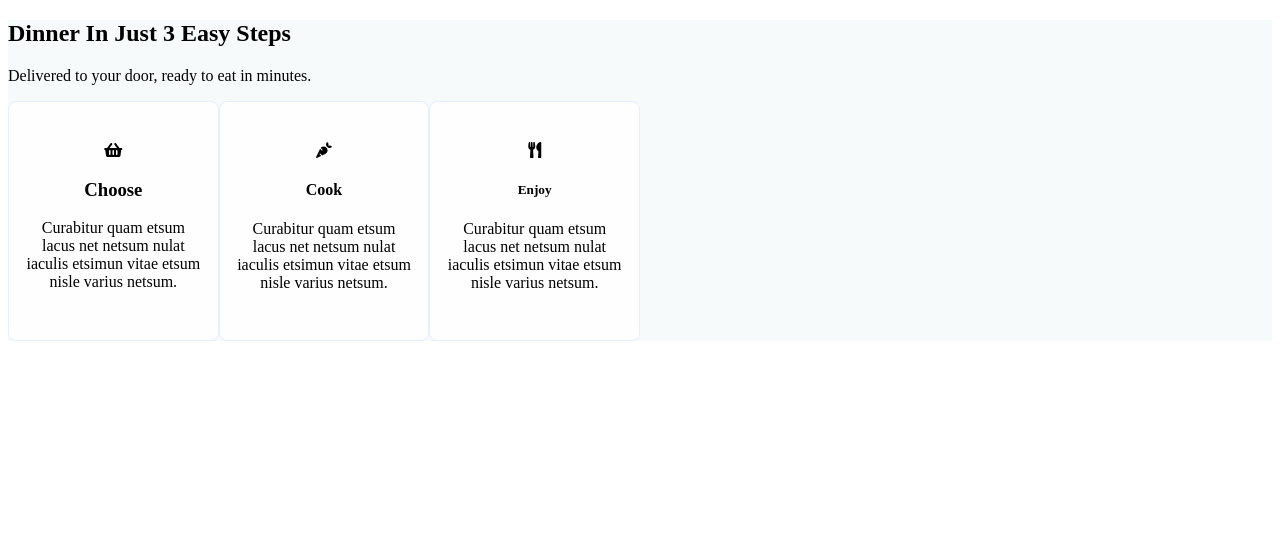
Repository: ST-United-Internship/leadpage
Page: wrapper-UI.html
The author's editor kept a copy of each file at every save. The page is drawn from the files as they stood at one save, then again after the next save.
The browser window is 1280 px wide. The pictures show the whole page.

Above is the page before, as saved 2023-03-15 13:52:23.

After the next save:
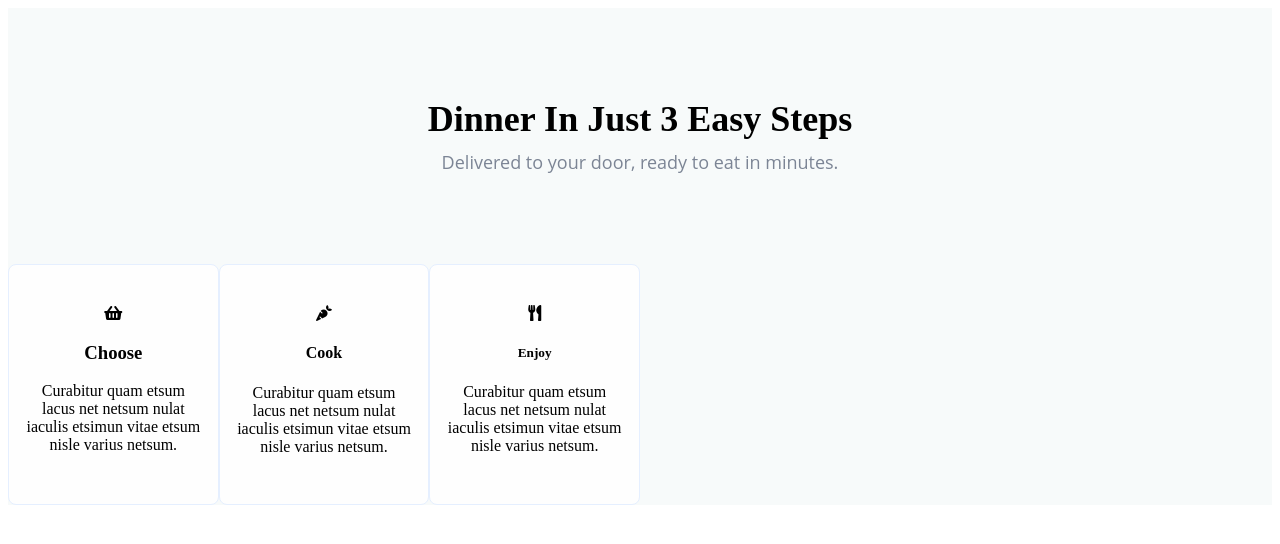
Saved 60 s later.
--- a/css/wrapper-UI.css
+++ b/css/wrapper-UI.css
@@ -1,4 +1,4 @@
-/* .about{
+.about{
     background-color: #f7fafa;
 }
 
@@ -20,7 +20,7 @@
     color: #7c8595;
 }
 
-.about .card-coutainer{
+/* .about .card-coutainer{
     display: flex;
     background-color: #fefefe;
 }
